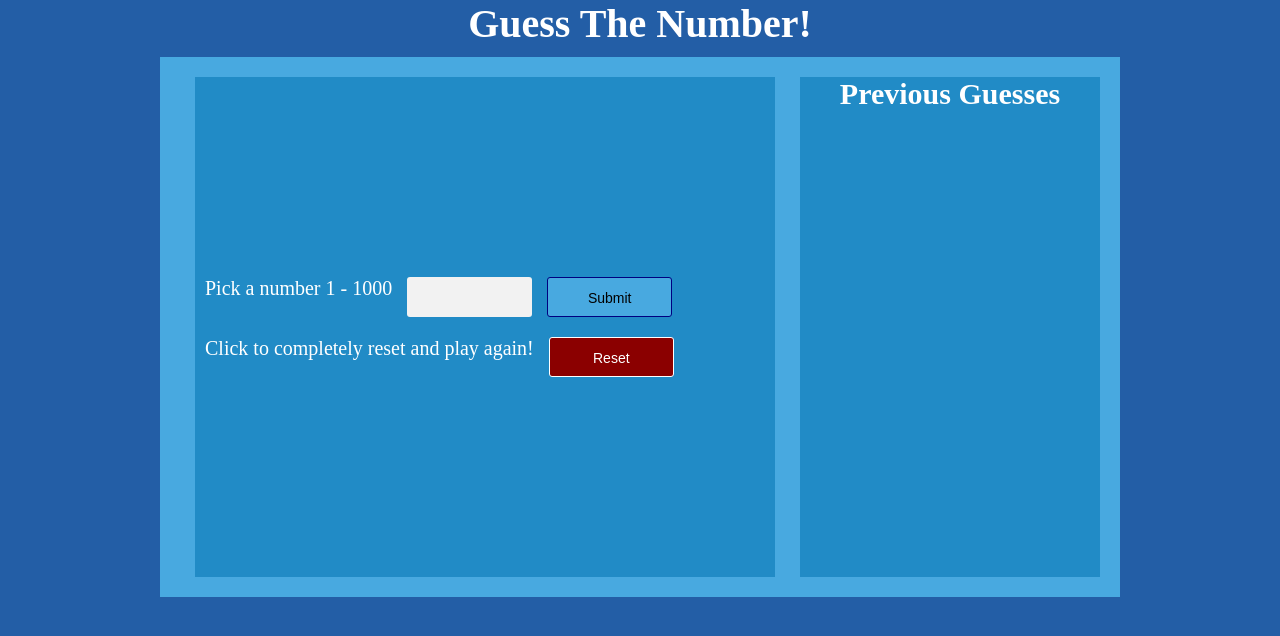
Repository: mlmEFSC21/P15-Modified-Guessing-Game
Page: guess.html
These files come from the project's save history. The page is drawn as it stood at one moment and after the next save; the edit follows.
The browser window is 1280 px wide. The pictures show the whole page.

Above is the page before, as saved 2022-03-21 20:52:41.

### guess.html
<!DOCTYPE html>
<html lang="en">
    <head>
        <meta charset="UTF-8" />
        <meta http-equiv="X-UA-Compatible" content="IE=edge" />
        <meta name="viewport" content="width=device-width, initial-scale=1.0" />
        <link rel="stylesheet" href="guess.css" />
        <script src="guess.js" defer></script>
        <title>Guessing Game</title>
    </head>
    <body>
        <header>
            <h1 class="pageTitle">Guess The Number!</h1>
        </header>
        <section>
            <div class="gameContainer" id="container">
                <div class="results" id="results">
                    <form action="#" class="inputForm">
                        <label for="guessInput">Pick a number 1 - 1000</label>
                        <input
                            type="text"
                            required
                            name="guessInput"
                            class="guessInput"
                            id="guessInput"
                        />
                        <input type="button" class="submitBtn" id="submitBtn" value="Submit" />
                        <label for="resetBtn">Click to completely reset and play again!</label>
                        <button type="reset" class="resetBtn" id="resetBtn" name="Reset">
                            Reset
                        </button>
                    </form>
                </div>
                <div class="guessesContainer" id="guessesContainer">
                    <h2>Previous Guesses</h2>
                    <ul class="guesses" id="guessList"></ul>
                </div>
            </div>
        </section>
    </body>
</html>

### guess.css
:root {
    --clr-primary: #218bc6;
    --clr-secondary: #48a9e0;
    --clr-tertiary: #235ea6;
}

*,
*::after,
*::before {
    box-sizing: border-box;
    margin: 0;
    padding: 0;
}
body {
    background-color: var(--clr-tertiary);
    color: white;
    font-size: 20px;
}
.pageTitle {
    text-align: center;
}
.gameContainer {
    background-color: var(--clr-secondary);
    display: grid;
    max-width: 960px;
    height: 75vh;
    margin: 10px auto;
    padding: 20px;
    grid-template-columns: repeat(3, 1fr);
    grid-template-rows: repeat(3, 1fr);
    gap: 10px;
    align-items: center;
    justify-content: center;
}
.results {
    background-color: var(--clr-primary);
    display: flex;
    flex-direction: column-reverse;
    margin: 10px 15px;
    padding: 10px;
    grid-column: 1 / 3;
    grid-row: 1 / 4;
    height: 100%;
    justify-content: center;
    align-items: center;
    overflow: hidden;
}
input,
button {
    margin-block: 10px;
}
.inputForm {
    display: flex;
    flex-wrap: wrap;
}
label {
    margin-right: 15px;
    margin-block: 10px;
}
input {
    border: none;
    -webkit-appearance: none;
    -ms-appearance: none;
    -moz-appearance: none;
    appearance: none;
    background: #f2f2f2;
    padding: 12px;
    border-radius: 3px;
    width: 125px;
    height: 40px;
    outline: none;
    font-size: 14px;
}
button {
    border: solid 1px white;
    margin-bottom: 10px;
    padding: 12px;
    border-radius: 3px;
    width: 125px;
    height: 40px;
    outline: none;
    font-size: 14px;
}
.submitBtn {
    background: var(--clr-secondary);
    border: solid 0.5px navy;
    margin-left: 15px;
}
.submitBtn:hover {
    background: #44b3db;
}
.resetBtn {
    background: darkred;
    color: white;
}
.resetBtn:hover {
    background: red;
}
.guessesContainer {
    background-color: var(--clr-primary);
    display: flex;
    flex-direction: column;
    flex-grow: 2;
    height: 100%;
    grid-row: 1 / 4;
    align-items: center;
    overflow: hidden;
}
/* the h3 that is appended by the js. It was hugging the container too much. */
h3 {
    margin: 10px;
    text-align: center;
}

### guess.js
let randomNumber = Math.floor(Math.random() * 1000 + 1);
let guesses = [];

const guessInput = document.getElementById("guessInput");
const resultsDiv = document.getElementById("results");
const submitButton = document.getElementById("submitBtn");
const resetButton = document.getElementById("resetBtn");
const p = document.createElement("p");
const ul = document.getElementById("guessList");
const li = document.createElement("li");
const guessesContainer = document.getElementById("guessesContainer");
const h3 = document.createElement("h3");

//checks to see if the guess is higher, lower, or equal to
function checkGuess() {
    const currentGuess = Number(guessInput.value);
    if (currentGuess == randomNumber) {
        guesses.push(currentGuess);
        p.innerText = "Congratulations! You guessed the number!";
        resultsDiv.append(p);
        countGuesses();
    }
    if (currentGuess < randomNumber) {
        guesses.push(currentGuess);
        p.innerText = "Too low. Try again!";
        resultsDiv.append(p);
        trackGuesses();
    }
    if (currentGuess > randomNumber) {
        guesses.push(currentGuess);
        p.innerText = "Too high. Try again!";
        resultsDiv.append(p);
        trackGuesses();
    }
}
//tracks previous guess in a <ul>. Removes <li> and populates from guesses[] each time.
function trackGuesses() {
    while (ul.hasChildNodes()) {
        ul.removeChild(ul.firstChild);
    }
    for (i = 0; i <= guesses.length - 1; i++) {
        let li = document.createElement("li");
        li.innerText = guesses[i];
        ul.appendChild(li);
    }
}

//counts how many guesses. Uses array length.
function countGuesses() {
    let numOfGuesses = guesses.length;
    if (numOfGuesses < 10) {
        h3.innerText = `${numOfGuesses} guesses?! Either you know the secret or you got lucky!`;
    } else if (numOfGuesses == 10) {
        h3.innerText = `${numOfGuesses} guesses. Ahah! You know the secret!`;
    } else if (numOfGuesses > 10) {
        h3.innerText = `Yikes! ${numOfGuesses} guesses... You should be able to do better! *Hint* Knowing the trick is half the battle.`;
    }
    guessesContainer.append(h3);
}
// creates a new random number for replay
function newRNG() {
    randomNumber = Math.floor(Math.random() * 10 + 1);
}
//resets the game completely.
function resetGame() {
    p.innerText = "";
    resultsDiv.append(p);
    while (ul.hasChildNodes()) {
        ul.removeChild(ul.firstChild);
    }
    h3.remove();
    guesses = [];
    newRNG();
    //logging random number for debugging.
    console.log(randomNumber);
}

submitButton.addEventListener("click", checkGuess);
resetButton.addEventListener("click", resetGame);
//logging random number for debugging.
console.log(randomNumber);

After the next save:
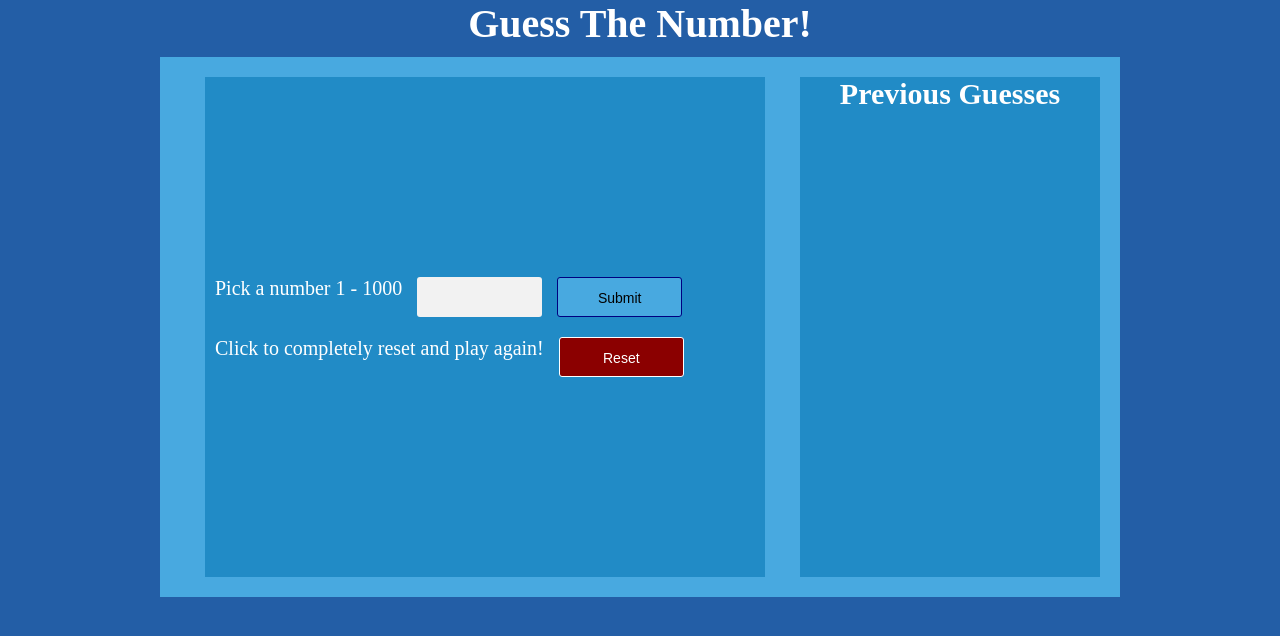
Saved 5 s later.
--- a/guess.css
+++ b/guess.css
@@ -36,7 +36,7 @@ body {
     background-color: var(--clr-primary);
     display: flex;
     flex-direction: column-reverse;
-    margin: 10px 15px;
+    margin: 10px 25px;
     padding: 10px;
     grid-column: 1 / 3;
     grid-row: 1 / 4;
